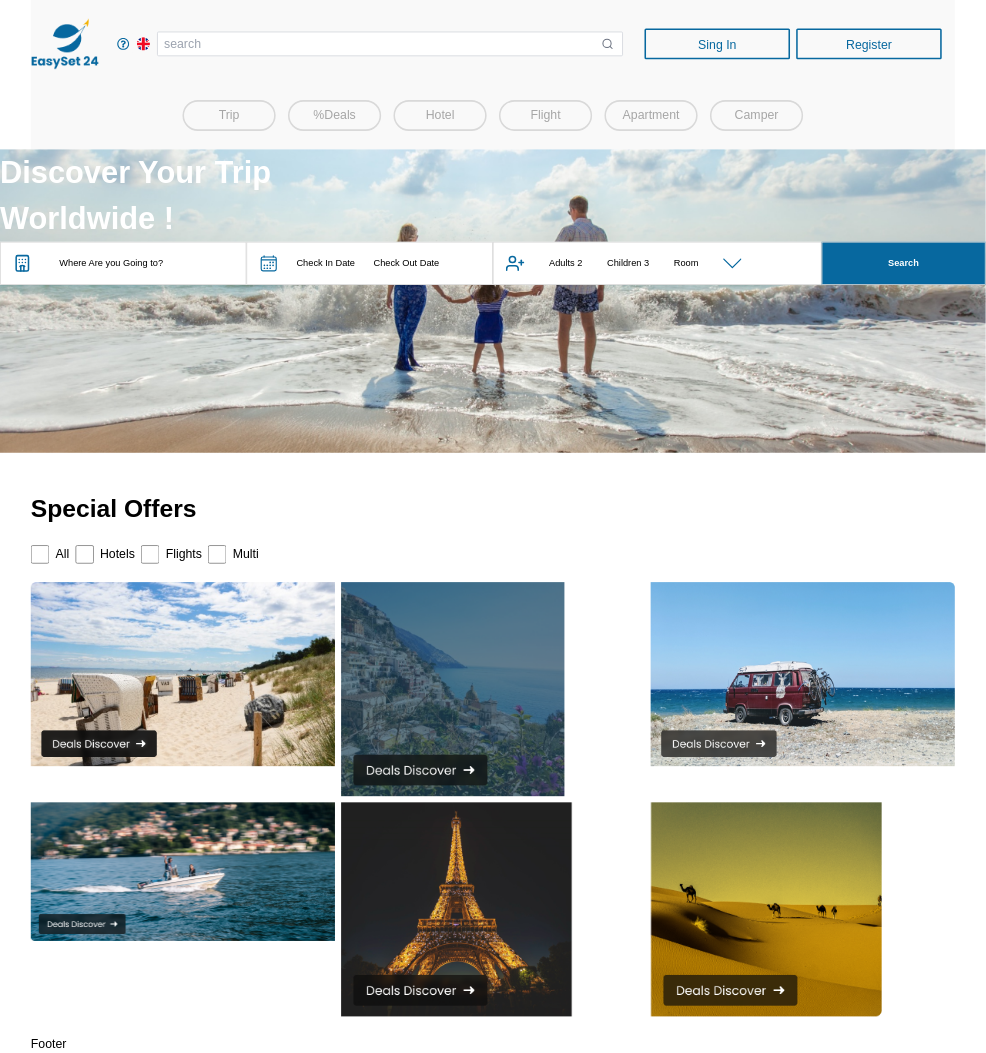
Repository: Quynhhuong150322/DIKO_STUDY_TRAVEL_WEB
Page: /
These files come from the project's save history. The page is drawn as it stood at one moment and after the next save; the edit follows.
The browser window is 1280 px wide. The pictures show the whole page, at 77% of full size.
The project was rebuilt for these pictures with package versions that can differ from the ones it lists, and the page was loaded fresh each time. Also part of the build but not shown: src/components/Login.js, src/components/Register.js. Imported but missing from the stored project, and not drawn on this page: src/redux/slices/authSlice.

Above is the page before, as saved 2024-02-23 10:37:44.

After the next save:
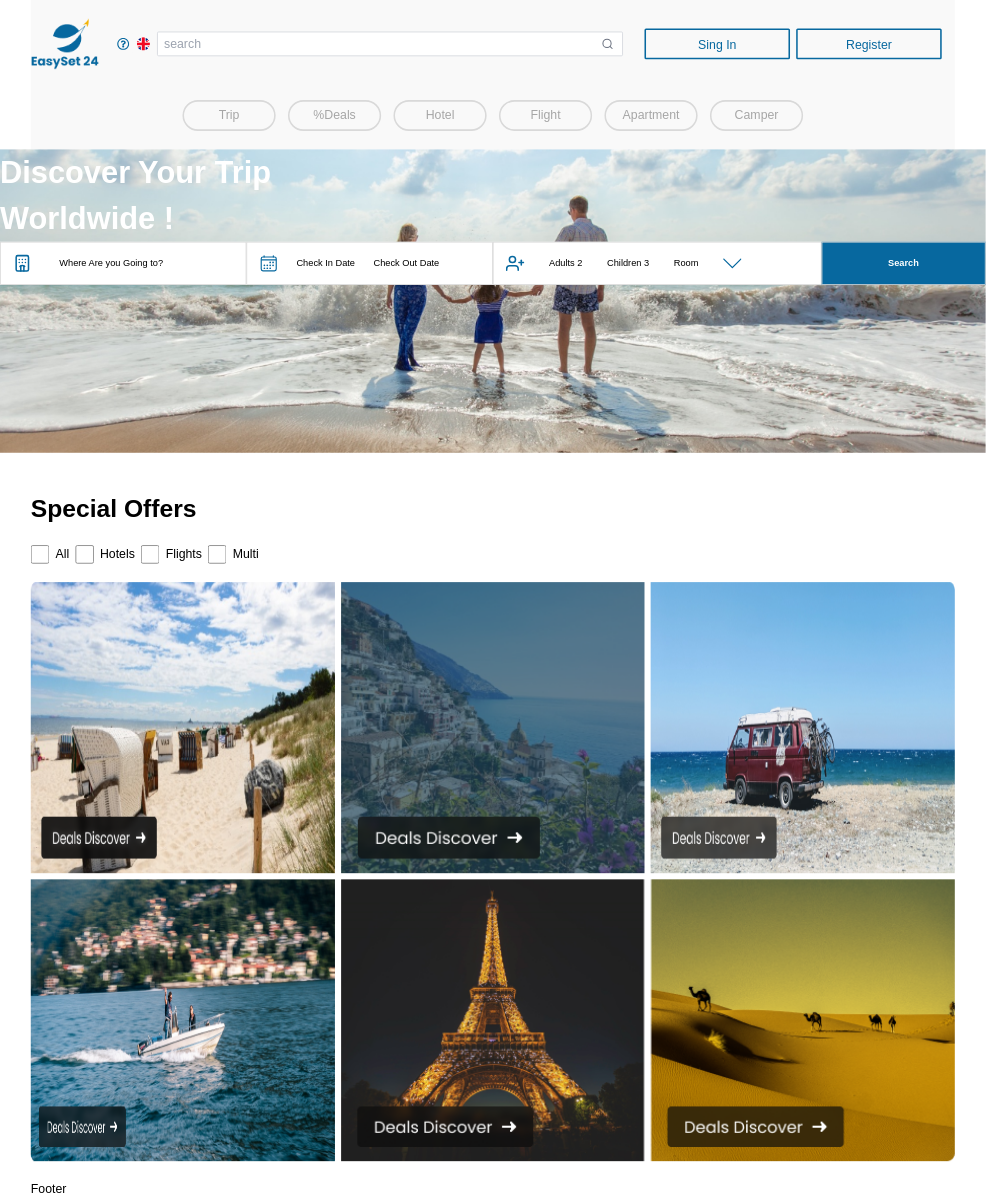
Saved 15 s later.
--- a/src/pages/LangdingPage/Langding.js
+++ b/src/pages/LangdingPage/Langding.js
@@ -135,7 +135,7 @@ const Langding = () => {
           <div className='grid grid-cols-3 gap-2'>
             {
               ListImage.map((data) => (
-                <img src={data.img} alt="" className='w-auto h-auto' />
+                <img src={data.img} alt="" className='w-full h-full' />
               ))
             }
           </div>
